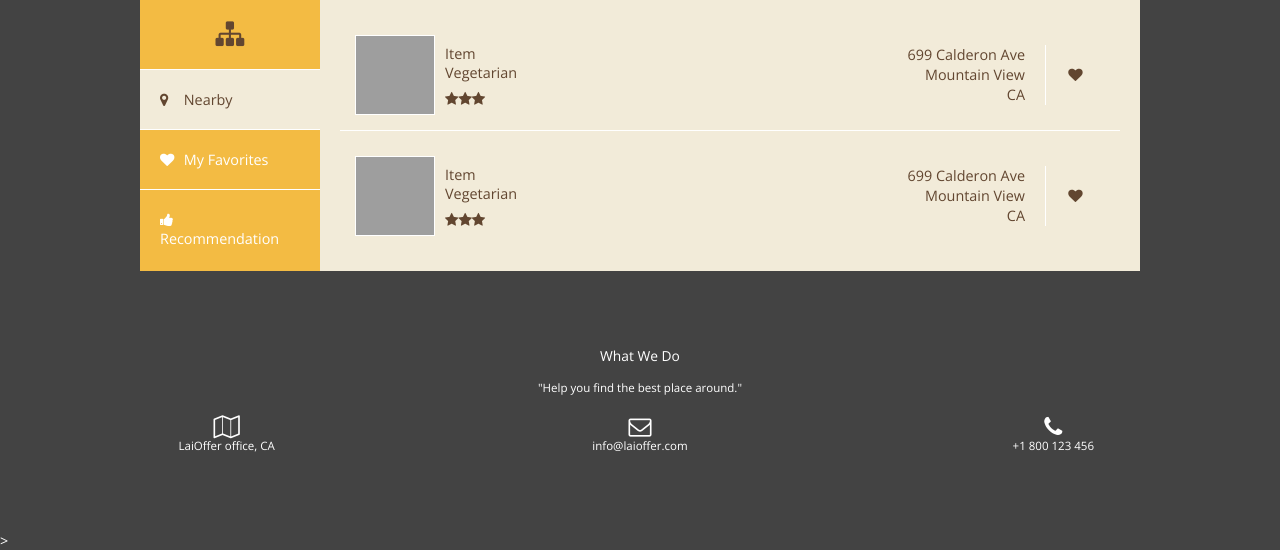
Repository: johnnylasers/Titan
Page: http://localhost/Titan/
These files come from the project's save history. The page is drawn as it stood at one moment and after the next save; the edit follows.
The browser window is 1280 px wide. The pictures show the part of the page from y = 310 to 860 px (the page is 860 px tall before and 839 px after).
Pictures or frames that could not be fetched are drawn as grey boxes. Some web libraries are served in a nearby version. The page is served by Tomcat 9.

Above is the page before, as saved 2017-10-22 22:32:38.
Console error: ReferenceError: loadFavoriteItems is not defined

After the next save:
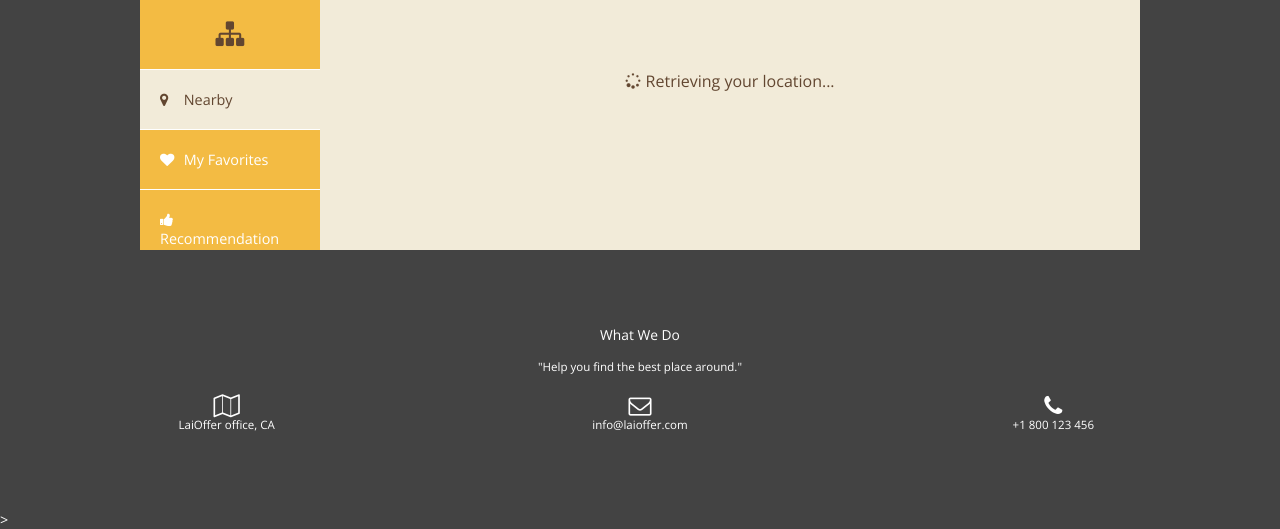
The error is gone.
Saved 71 s later.
--- a/Titan/WebContent/scripts/main.js
+++ b/Titan/WebContent/scripts/main.js
@@ -296,6 +296,101 @@
 		});
 	}
 
+	/**
+	 * API #2 Load favorite (or visited) items API end point: [GET]
+	 * /Titan/history?user_id=1111
+	 */
+	function loadFavoriteItems() {
+		activeBtn('fav-btn');
+
+		// The request parameters
+		var url = './history';
+		var params = 'user_id=' + user_id;
+		var req = JSON.stringify({});
+
+		// display loading message
+		showLoadingMessage('Loading favorite items...');
+
+		// make AJAX call
+		ajax('GET', url + '?' + params, req, function(res) {
+			var items = JSON.parse(res);
+			if (!items || items.length === 0) {
+				showWarningMessage('No favorite item.');
+			} else {
+				listItems(items);
+			}
+		}, function() {
+			showErrorMessage('Cannot load favorite items.');
+		});
+	}
+
+	/**
+	 * API #3 Load recommended items API end point: [GET]
+	 * /Titan/recommendation?user_id=1111
+	 */
+	function loadRecommendedItems() {
+		activeBtn('recommend-btn');
+
+		// The request parameters
+		var url = './recommendation';
+		var params = 'user_id=' + user_id + '&lat=' + lat + '&lon=' + lng;
+
+		var req = JSON.stringify({});
+
+		// display loading message
+		showLoadingMessage('Loading recommended items...');
+
+		// make AJAX call
+		ajax(
+				'GET',
+				url + '?' + params,
+				req,
+				// successful callback
+				function(res) {
+					var items = JSON.parse(res);
+					if (!items || items.length === 0) {
+						showWarningMessage('No recommended item. Make sure you have favorites.');
+					} else {
+						listItems(items);
+					}
+				},
+				// failed callback
+				function() {
+					showErrorMessage('Cannot load recommended items.');
+				});
+	}
+
+	/**
+	 * API #4 Toggle favorite (or visited) items
+	 *
+	 * @param item_id -
+	 *            The item business id
+	 *
+	 */
+	function changeFavoriteItem(item_id) {
+		// Check whether this item has been visited or not
+		var li = $('item-' + item_id);
+		var favIcon = $('fav-icon-' + item_id);
+		var favorite = li.dataset.favorite !== 'true';
+
+		// The request parameters
+		var url = './history';
+		var req = JSON.stringify({
+			user_id : user_id,
+			favorite : [ item_id ]
+		});
+		var method = favorite ? 'POST' : 'DELETE';
+
+		ajax(method, url, req,
+		// successful callback
+		function(res) {
+			var result = JSON.parse(res);
+			if (result.result === 'SUCCESS') {
+				li.dataset.favorite = favorite;
+				favIcon.className = favorite ? 'fa fa-heart' : 'fa fa-heart-o';
+			}
+		});
+	}
 
 
 	init();
